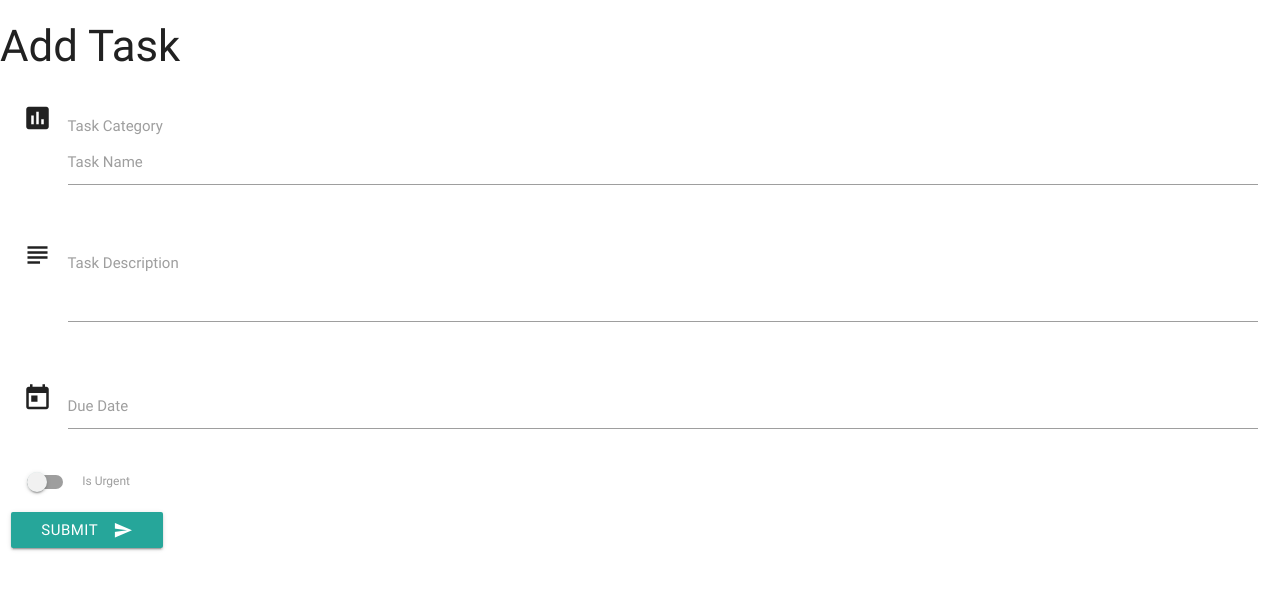
Repository: Debbiepimpo/python-miniproject
Page: http://localhost/add_task
The author's editor kept a record of every edit. The page is drawn from the files as they stood at one moment, then again after the next edit.
The browser window is 1280 px wide. The pictures show the whole page.
Some web libraries are served in a nearby version. The page is served by the project's application, run on Flask 3 (app.py). Queries for data that is not in the repository find no rows.

Above is the page before.
Console error: TypeError: $(...).formSelect is not a function

### templates/addtasks.html
{% extends 'base.html' %} {% block content %}

<h3>Add Task</h3>
<div class="row">
    <form action="" method="POST" class="col s12">
        <div class="row">
            <div class="input-field col s12">
                <i class="material-icons prefix">poll</i>
                <select id="category" name="category_name">
                    <option value="" disabled selected>Choose Category</option>
                    {% for cat in categories %}
                    <option value="{{cat_category_name}}">{{cat_category_name}}</option>
                    {% endfor %}
                </select>
                <label>Task Category</label>
            </div>
        </div>
        <div class="row">
            <div class="input-field col s12">
                <i class="material-icons prefix">assigment</i>
                <input id="task_name" name="task_name" type="text" class="validate">
                <label for="icon_prefix">Task Name</label>
            </div>
        </div>
        <div class="row">
            <div class="input-field col s12">
                <i class="material-icons prefix">subject</i>
                <textarea type="textarea" name="task_description" id="task_description" class="materialize-textarea"></textarea>
                <label for="icon_telephone">Task Description</label>
            </div>
        </div>
        <div class="row">
            <div class="input-field col s12">
                <i class="material-icons prefix">today</i>
                <input id="matfix" name="due_date" type="text" class="datepicker">
                <label for="icon_prefix">Due Date</label>
            </div>
        </div>
        <div class="row">
            <div class="switch">
                <label>
                  <input id="is_urgent" name="is_urgent" type="checkbox">
                  <span class="lever"></span>
                  Is Urgent
                </label>
            </div>
        </div>
        <div class="row">
        <button class="btn waves-effect waves-light" type="submit" name="action">Submit
    <i class="material-icons right">send</i>
  </button>
    </form>
</div>


{% endblock %}

### templates/base.html
<!DOCTYPE html>
<html lang="en">

<head>
    <meta charset="UTF-8">
    <meta name="viewport" content="width=device-width, initial-scale=1.0">
    <meta http-equiv="X-UA-Compatible" content="ie=edge">
    <link href="https://fonts.googleapis.com/icon?family=Material+Icons" rel="stylesheet">
    <link rel="stylesheet" href="https://cdnjs.cloudflare.com/ajax/libs/materialize/0.100.2/css/materialize.min.css">
    <title>Task Manager</title>
</head>

<body>
    {% block content %} {% endblock %}
    <script src="https://cdnjs.cloudflare.com/ajax/libs/jquery/3.2.1/jquery.min.js"></script>
    <script src="https://cdnjs.cloudflare.com/ajax/libs/materialize/0.100.2/js/materialize.min.js"></script>
    <script type="text/javascript">
        $(document).ready(function(){
            $('.collapsible').collapsible();
            $('select').formSelect();
            $('.datepicker').datepicker();
        });
        document.getElementById("matfix").addEventListener("click", function(e) {
            e.stopPropagation();
        });
    </script>


</body>

</html>

### app.py
import os
from flask import Flask, render_template, redirect, request, url_for
from flask_pymongo import PyMongo
from bson.objectid import ObjectId

app = Flask(__name__)
app.config["MONGO_DBNAME"] = 'task-manager'
app.config["MONGO_URI"] = os.getenv('MONGO_URI')

mongo = PyMongo(app)


@app.route('/')
@app.route('/get_tasks')
def get_tasks():
    return render_template("tasks.html",
    tasks=mongo.db.tasks.find())

@app.route('/add_task')
def add_task():
    return render_template("addtasks.html",
    categories=mongo.db.categories.find())

@app.route('/insert_task', methods=["POST"])
def insert_task():
    tasks=mongo.db.tasks
    tasks.insert_one(request.form.to_dict())
    return redirect(url_for('get_tasks'))



if __name__ == '__main__':
    app.run(host=os.environ.get('IP'),
            port=int(os.environ.get('PORT')),
            debug=True)

After the next edit:
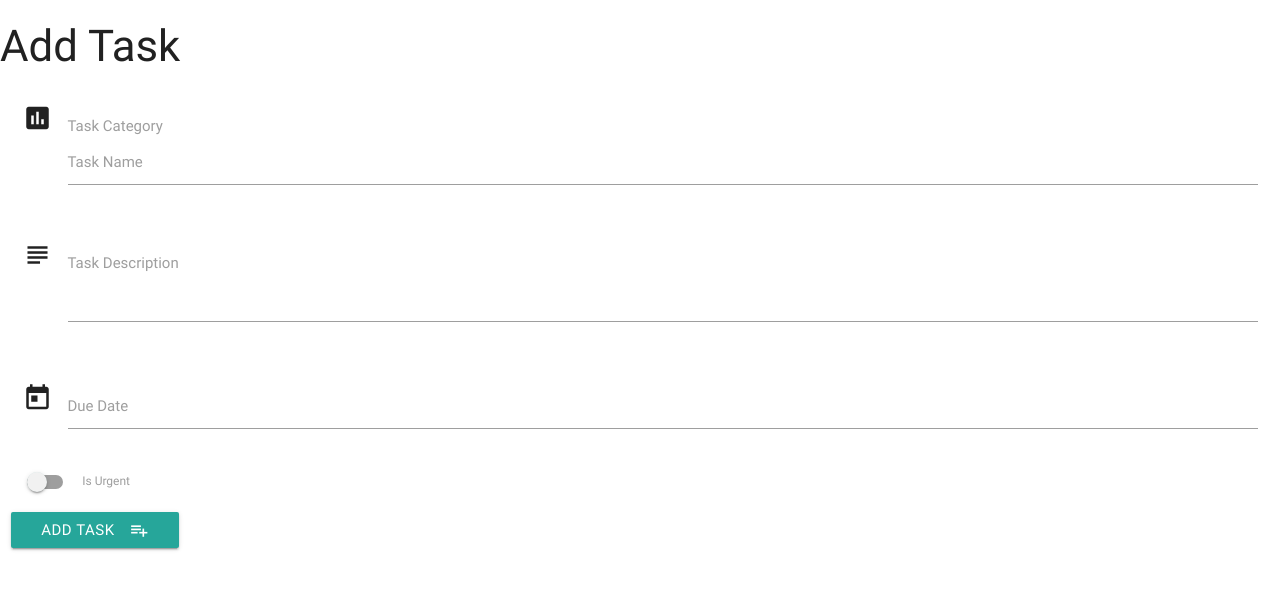
The edit:
--- a/templates/addtasks.html
+++ b/templates/addtasks.html
@@ -46,9 +46,10 @@
             </div>
         </div>
         <div class="row">
-        <button class="btn waves-effect waves-light" type="submit" name="action">Submit
-    <i class="material-icons right">send</i>
-  </button>
+            <button class="btn waves-effect waves-light" type="submit" name="action">Add Task
+                <i class="material-icons right">playlist_add</i>
+            </button>
+        </div>
     </form>
 </div>
 
